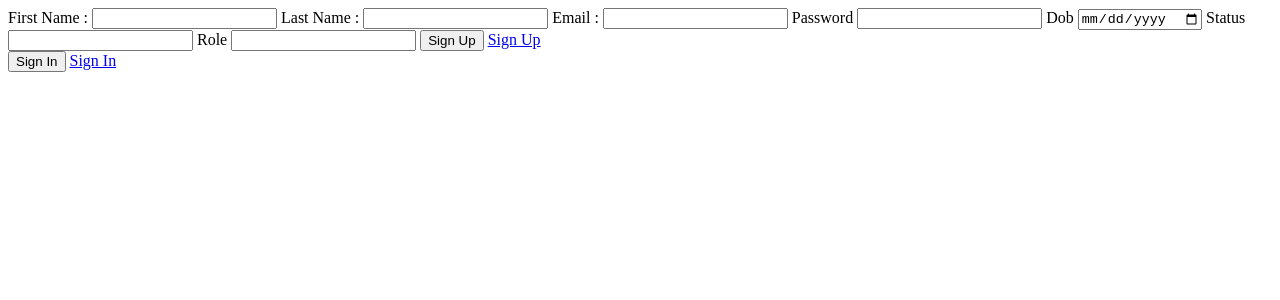
Repository: bhageshchincholi/AdvanceJava
Page: Election/Election/webcontent/SignUp.html
The author's editor kept a copy of each file at every save. The page is drawn from the files as they stood at one save, then again after the next save.
The browser window is 1280 px wide. The pictures show the whole page.

Above is the page before, as saved 2024-06-08 19:24:50.

After the next save:
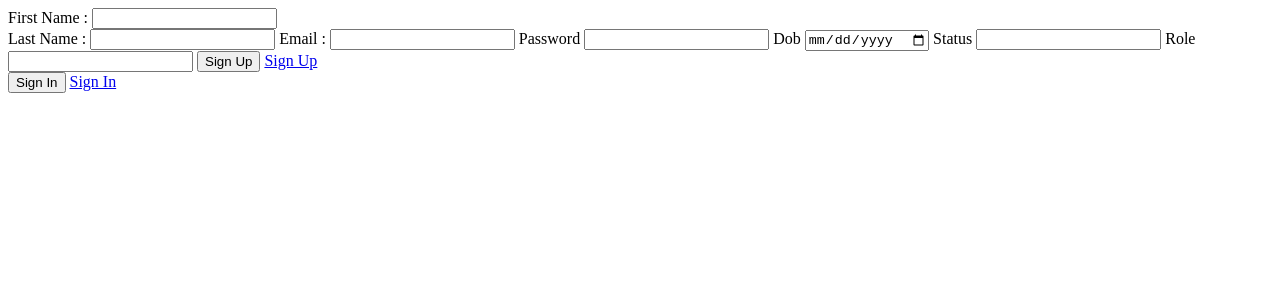
Saved 2 min 6 s later.
--- a/Election/Election/webcontent/SignUp.html
+++ b/Election/Election/webcontent/SignUp.html
@@ -8,7 +8,7 @@
 	<form method="post" action="register">
 		<label>First Name : </label>
 		<input type="text" name="firstName" />
-
+		<br/>
 		<label>Last Name : </label>
 		<input type="text" name="lastName"/>
 
